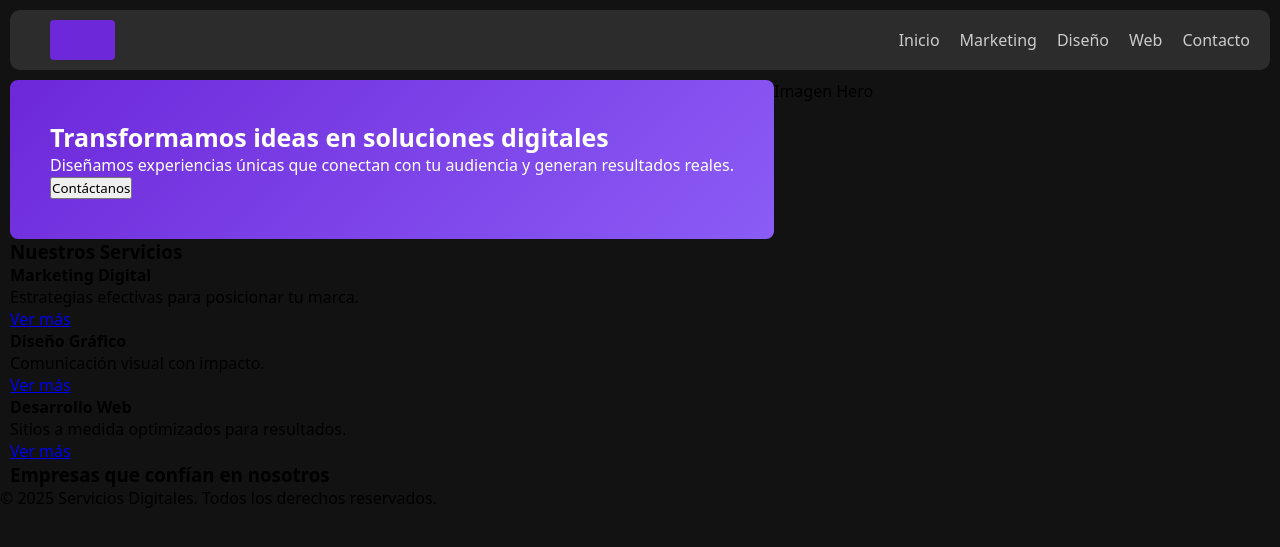
Repository: santinogarrone/TrabajoAgustin
Page: html/index.html
An editor plug-in stored every save of this project. The page is shown before and after the next save, followed by the edit.
The browser window is 1280 px wide. The pictures show the whole page.

Above is the page before, as saved 2025-05-02 12:08:05.

### html/index.html
<!DOCTYPE html>
<html lang="en">
<head>
    <meta charset="UTF-8">
    <meta name="viewport" content="width=device-width, initial-scale=1.0">
    <link rel="stylesheet" href="../css/style.css">
    <title>Página de Agustin</title>
</head>
<body>

    <header>
        <nav class="nav-bar">
            <div class="cuadrado-violeta">

            </div>


            <ul class="nav-list">
                <li class="nav-item"><a href="">Inicio</a></li>
                <li class="nav-item"><a href="">Marketing</a></li>
                <li class="nav-item"><a href="">Diseño</a></li>
                <li class="nav-item"><a href="">Web</a></li>
                <li class="nav-item"><a href="">Contacto</a></li>
            </ul>

            <button class="menu-icon" aria-label="menu">
                <span class="menu-line"></span>
                <span class="menu-line"></span>
                <span class="menu-line"></span>
            </button>
        </nav>
    </header>
        <main>

            <section class="main-contact">
                <div class="contacto">
                    <h2 class="tit-contacto">Transformamos ideas en soluciones digitales</h2>
                    <p class="explicacion">Diseñamos experiencias únicas que conectan con tu audiencia y generan resultados reales.</p>

                    <button class="boton-contactar" onclick="location.href='../html/contacto.html'">
                        Contáctanos
                    </button>
                </div>

                <div class="img-hero">
                    Imagen Hero
                </div>
            </section>

            <section class="servicios">
                <h3>Nuestros Servicios</h3>

                <div class="card">
                    <h4>Marketing Digital</h4>
                    <p>Estrategias efectivas para posicionar tu marca.</p>
                    <a href="../html/marketing.html">Ver más</a>
                </div>

                <div class="card">
                    <h4>Diseño Gráfico</h4>
                    <p>Comunicación visual con impacto.</p>
                    <a href="#">Ver más</a>
                </div>

                <div class="card">
                    <h4>Desarrollo Web</h4>
                    <p>Sitios a medida optimizados para resultados.</p>
                    <a href="#">Ver más</a>
                </div>

            </section>

            <section class="empresas">
                <h3>Empresas que confían en nosotros</h3>
                <article class="logos">
                    <div class="logo"></div>
                    <div class="logo"></div>
                    <div class="logo"></div>
                    <div class="logo"></div>
                </article>

            </section>

        </main>

    <footer>
        <div class="ftr">
            <p>&copy; 2025 Servicios Digitales. Todos los derechos reservados.</p>
        </div>
    </footer>
</body>
</html>

### css/style.css
@import url(./global.css);

*{
    margin: 0;
    padding: 0;
    box-sizing: border-box;
    font-family: var(--font-family);
}


body{
    background-color: var(--fondo-color);
    height: 100%;
}
main{
    margin: 0 10px;
}

header{
    padding: 10px;
}
.cuadrado-violeta{
    display: block;
    width: 65px;
    height: 40px;
    background-color: var(--primary-color-original);
    border-radius: 4px;
    margin-left: 20px;
}


.nav-bar {
    display: flex;
    align-items: center;
    justify-content: space-between;
    background-color: #2c2c2c;
    padding: 10px 20px;
    border-radius: 10px;
    position: relative;
  }

  .menu-icon {
    display: none;
  }

  .menu-line {
    height: 4px;
    background-color: white;
    border-radius: 2px;
    width: 100%;
  }

  .nav-list {
    display: flex;
    gap: 20px;
    list-style: none;
    margin: 0;
    padding: 0;
  }

  .nav-item a {
    color: #ccc;
    text-decoration: none;
  }

  .main-contact{
    display: flex;
  }
  .main-contact .contacto{
    background: var(--primary-color-gradient);
    border-radius: 8px;
    color: var(--texto-color);
    padding: 40px;
    height: ;
  }

  .tit-contacto{
    font-size: 25px;
  }

@media (375px >= width) {

    .hero-img{
        display: none;
    }
    .hero-texto p{
        display: none;
    }
    body{
        background-color: var(--fondo-color);
        height: 100%;
    }

    header{
        background-color: var(--superficie-dos);
        position: sticky;
        top: 0;
        margin: 0;
        border-radius: 0;
    }

    main{
        margin: 0px;
    }
    .explicacion{
        display: none;
    }

    .nav-list{
        display: none;
    }

    .img-hero{
        display: none;
    }
    .cuadrado-violeta{
        display: block;
        width: 65px;
        height: 40px;
        background-color: var(--primary-color-original);
        border-radius: 4px;
        margin-left: 20px;
    }

    .menu-icon{
        width: 30px;
        height: 30px;
        background: transparent;
        display: flex;
        flex-direction: column;
        gap: 4px;
        height: fit-content;
        border: none;
    }

    .menu-line{
        width: 100%;
        height: 4px;
        background-color: var(--texto-color);
        border: none;
        border-radius: 4px;

    }

    .nav-bar{
        display: flex;
        justify-content: space-between;
        align-items: center;
        padding: 5px 16px;
    }


    .main-contact{
        display: flex;
        padding: 24px;
        justify-content: center;
        align-items: center;
    }

    .contacto{
        display: block;
        padding: 34px;
        background: var(--primary-color-gradient);
        border-radius: 10px;
        color: var(--texto-color);
        height: auto;
        font-size: 12px;
    }

    .contacto .tit-contacto{
        text-align: center;
        align-items: center;
        font-weight: bold;
        margin-top: 30px;
    }

    .boton-contactar{
        display: block;
        margin: 0 auto;
        margin-bottom: 20px;
        margin-top: 12px;
        padding: 5px 20px;
        color: var(--primary-claro);
        background-color: var(--fondo-color);
        border-radius: 6px;
        cursor: pointer;
    }

    .servicios{
        display: flex;
        flex-direction: column;
        margin: 0 20px;
    }

    .servicios h3{
        color: var(--texto-color);
    }

    .card{
        margin-top: 5px;
        align-items: center;
        justify-content: center;
        background-color: var(--superficie-dos);
        border-radius: 8px;
        padding: 12px;
        margin-bottom: 15px;
    }

    .card h4{
        color: var(--texto-color);
    }

    .card p{
        color: var(--texto-secundario);
        padding-bottom: 20px;
    }

    .card a{
        display: inline-block;
        margin-bottom: 20px;
        color: var(--texto-color);
        cursor: pointer;
    }

    .empresas{
        display: flex;
        flex-direction: column;
        align-items: flex-start;
        margin-left: 20px;
    }

    .empresas h3{
        color: var(--texto-color);
        margin-bottom: 1rem;
    }

    .logos{
        margin-top: 5px;
        width: 335px;
        display: flex;
        justify-content: center;
        align-items : center;
        gap: 5px;
        background-color: var(--superficie-dos);
        border-radius: 8px;
        padding: 20px;
        margin-bottom: 10px;
    }

    .logo{
        width: 60px;
        height: 30px;
        background-color: #444444;
        border-radius: 5px;
    }

    .ftr{
        background-color: var(--superficie-dos);
        border-radius: 8px;
        text-align: center;
        margin: 15px 10px;
        padding: 16px;
        color: var(--texto-secundario);
    }
}

### css/global.css
:root{
    --primary-color-gradient : linear-gradient(135deg, #6D28D9, #8B5CF6);
    --primary-color-original : #6D28D9;
    --primary-claro : #8b5cf6;
    --secundary-color : #10b981;
    --acento-color : #f5930b;
    --fondo-color : #121212;
    --superficie-color : #1e1e1e;
    --superficie-dos : #2d2d2d;
    --texto-secundario : #A0A0A0;

    --texto-color : #fff;
    --font-family : 'system-ui'
}

After the next save:
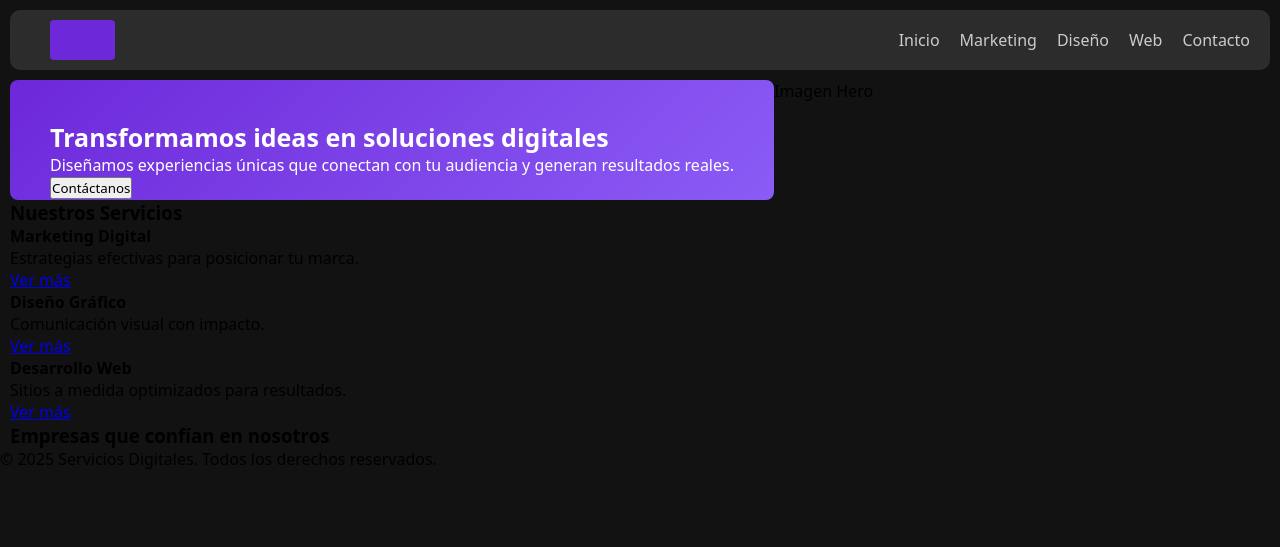
Saved 4 s later.
--- a/css/style.css
+++ b/css/style.css
@@ -71,7 +71,7 @@ header{
     border-radius: 8px;
     color: var(--texto-color);
     padding: 40px;
-    height: ;
+    height: 120px;
   }
 
   .tit-contacto{
